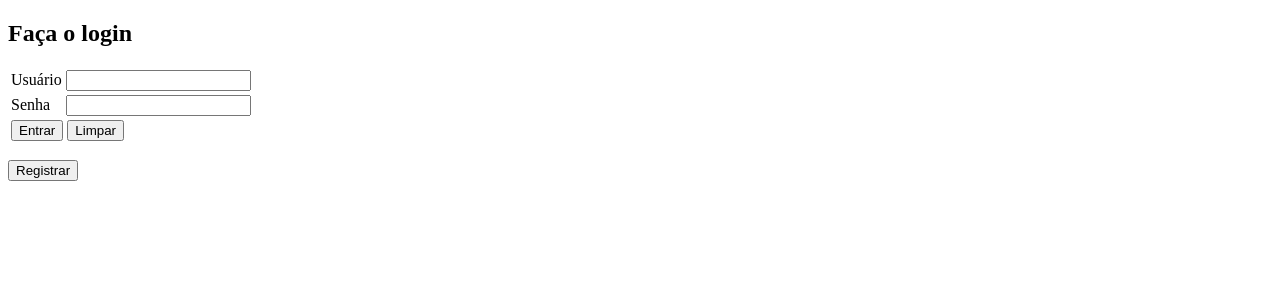
Repository: caioocesar/Comp3
Page: http://localhost/Comput3/login.jsp
The author's editor kept a copy of each file at every save. The page is drawn from the files as they stood at one save, then again after the next save.
The browser window is 1280 px wide. The pictures show the whole page.
The page is served by Tomcat 9.

Above is the page before, as saved 2019-06-09 13:42:56.

After the next save:
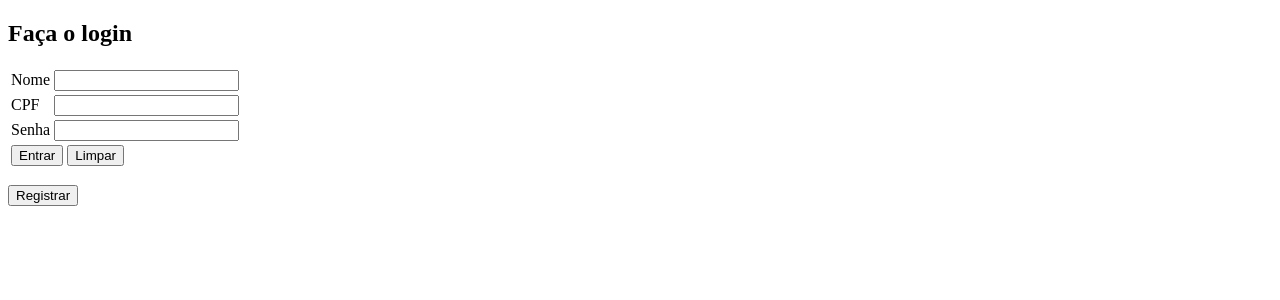
Saved 2 min 14 s later.
--- a/eclipse-workspace/Comput3/WebContent/login.jsp
+++ b/eclipse-workspace/Comput3/WebContent/login.jsp
@@ -9,12 +9,16 @@
 </head>
 <body>
 
-<form action="Login" method="POST">
+<form action="FinalizaRegistrar" method="POST">
     <h2>Faça o login</h2>
     <table border="0" cellpadding="1">
         <tr>
-            <td><label>Usuário</label></td>
+            <td><label>Nome</label></td>
             <td><input type="text" name="usuario" size="20" /> </td>
+        </tr>
+        <tr>
+            <td><label>CPF</label></td>
+            <td><input type="text" name="cpf" size="20" /> </td>
         </tr>
         <tr>
             <td><label>Senha</label></td>
